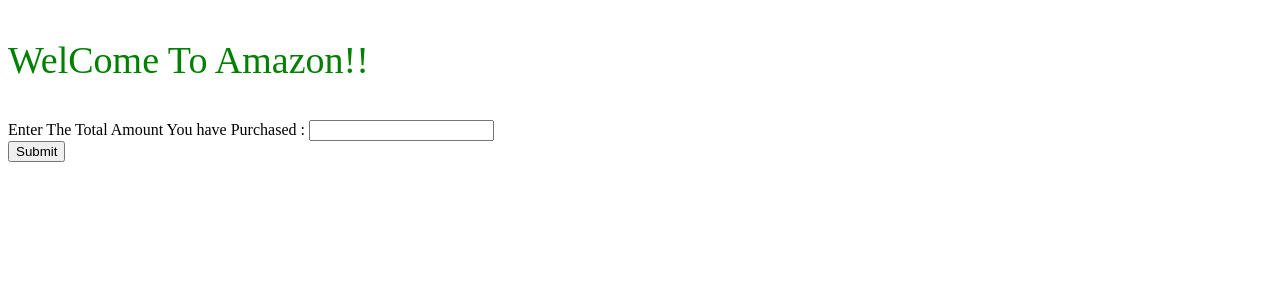
Repository: KavinAdithya/Servlet-JSP
Page: AmazonSale/src/main/webapp/WebPage.html
These files come from the project's save history. The page is drawn as it stood at one moment and after the next save; the edit follows.
The browser window is 1280 px wide. The pictures show the whole page.

Above is the page before, as saved 2024-03-17 01:31:59.

### AmazonSale/src/main/webapp/WebPage.html
<!DOCTYPE html>
<html>
	<head>
		<meta charset="ISO-8859-1">
		<title>
			AmazonShop.tech
		</title>
		<link rel="stylesheet" href="WebPageStyle.css">
	</head>
	<body>
		<p class="amazon-para">
			WelCome To Amazon!!
		</p>
		<form action="amazon" method="post" class="amount-para">
			Enter The Total Amount You have Purchased : <input type="text" name="amount"><br>
			<input type="submit">
		</form>
	</body>
</html>

### AmazonSale/src/main/webapp/WebPageStyle.css
@charset "ISO-8859-1";
.amazon-para{
	color:green;
	font-size:38px;
}

After the next save:
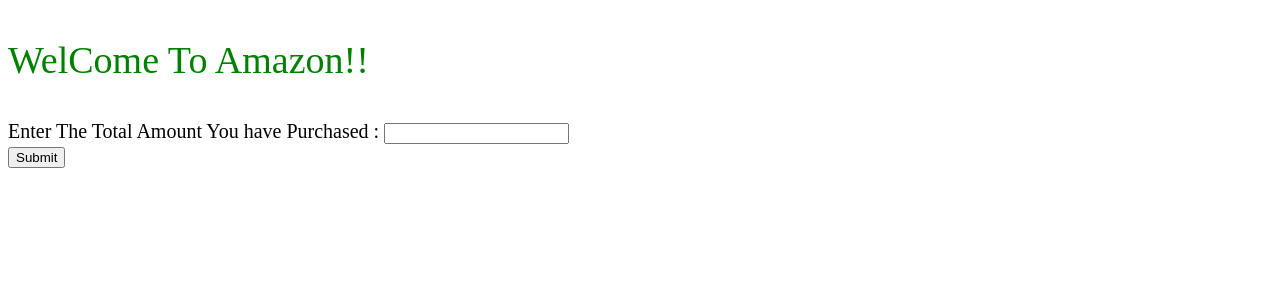
Saved 42 s later.
--- a/AmazonSale/src/main/webapp/WebPageStyle.css
+++ b/AmazonSale/src/main/webapp/WebPageStyle.css
@@ -3,3 +3,6 @@
 	color:green;
 	font-size:38px;
 }
+.amount-para{
+	font-size:20px;
+}
